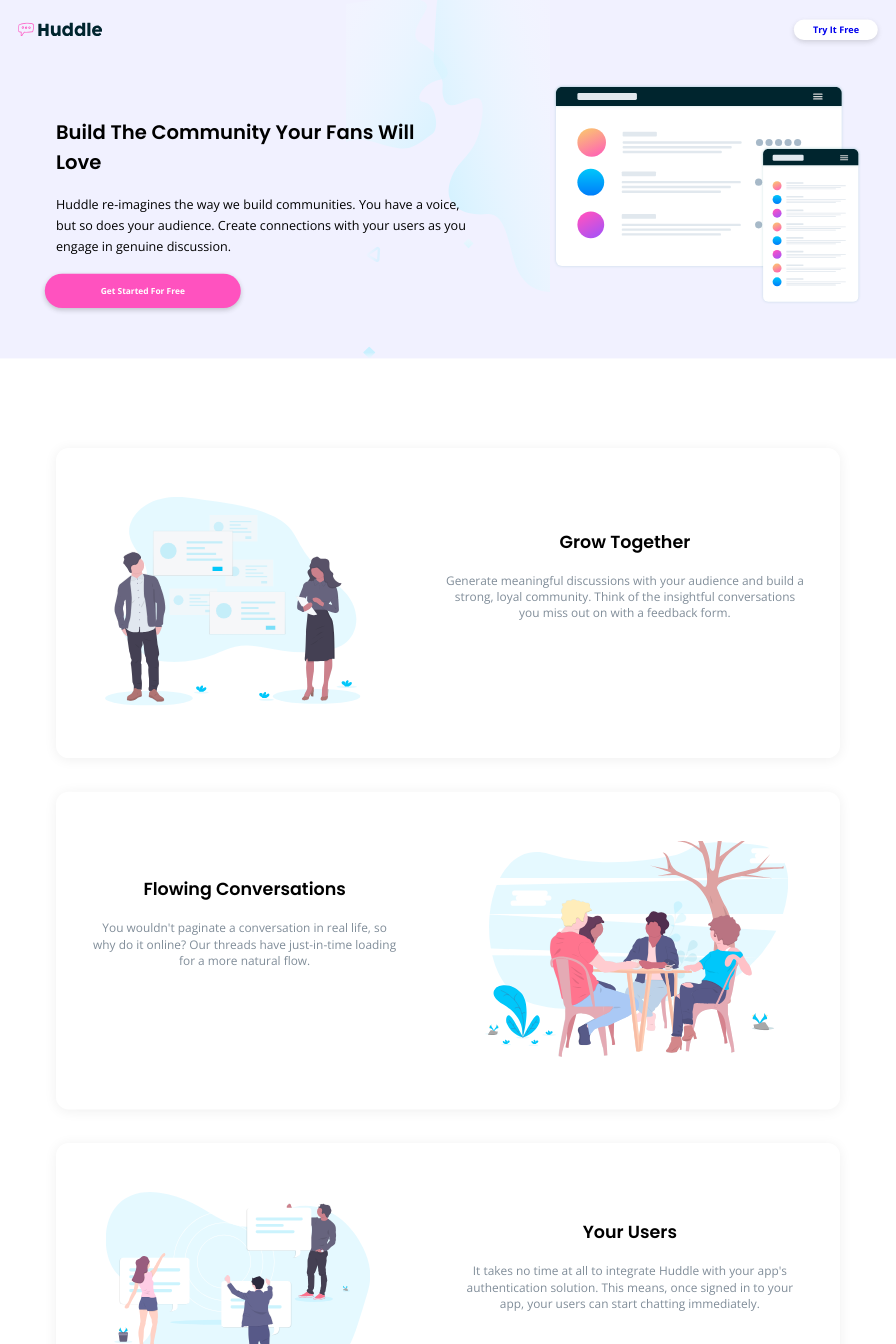
Repository: DejV44/Huddle-landing-page
Page: index.html
An editor plug-in stored every save of this project. The page is shown before and after the next save, followed by the edit.
The browser window is 1280 px wide. The pictures show the part of the page from y = 0 to 1920 px (the page is 3156 px tall before and 3144 px after), at 70% of full size.
The style sheet was rebuilt from its Sass, Less or Tailwind sources for each picture, by a compiler version that may differ from the author's.

Above is the page before, as saved 2021-08-21 23:34:51.

### index.html
<!DOCTYPE html>
<html lang="en">
<head>
  <meta charset="UTF-8">
  <meta name="viewport" content="width=device-width, initial-scale=1.0"> <!-- displays site properly based on user's device -->
  <link rel="stylesheet" href="/css/style.css">
  <link rel="stylesheet" href="/fontawesome-free-5.15.3-web/css/all.css">
  <link rel="icon" type="image/png" sizes="32x32" href="./images/favicon-32x32.png">

  <title>Frontend Mentor | Huddle landing page with alternating feature blocks</title>

</head>
<body>
  <header>
    <div class="nav">
      <div class="logo">
        <img src="/images/logo.svg" alt="logo">
      </div>
      <a href="#">Try It Free</a>
    </div>
    <content class="main">
      <article class="building">
        <h1>Build The Community Your Fans Will Love</h1>
        <h3> Huddle re-imagines the way we build communities. You have a voice, but so does your audience.
        Create connections with your users as you engage in genuine discussion.</h3>
        <a class="main-btn" href="#">Get Started For Free</a>
      </article>
      <div class="img-main">
        <img class="img" src="/images/illustration-mockups.svg" alt="">
      </div>
    </content>

  </header>
  <section class="cards">
    <div class="card-one">
      <div class="img-cards">
        <img src="/images/illustration-grow-together.svg" alt="">
      </div>
      <content class="card">
        <h2>Grow Together</h2>
        <p>Generate meaningful discussions with your audience and build a strong, loyal community.
        Think of the insightful conversations you miss out on with a feedback form.</p>
      </content>
    </div>
    <div class="card-two">
      <div class="img-cards">
        <img src="/images/illustration-flowing-conversation.svg" alt="">
      </div>
      <content class="card">
        <h2>Flowing Conversations</h2>
        <p>You wouldn't paginate a conversation in real life, so why do it online? Our threads
        have just-in-time loading for a more natural flow.</p>
      </content>
    </div>
    <div class="card-three">
      <div class="img-cards">
        <img src="/images/illustration-your-users.svg" alt="">
      </div>
      <content class="card">
        <h2>Your Users</h2>
        <p>It takes no time at all to integrate Huddle with your app's authentication solution.
        This means, once signed in to your app, your users can start chatting immediately.</p>
      </content>
    </div>
    <container class="ready">
      <h2>Ready To Build Your Community?</h2>
      <a href="#">Get Started For Free</a>
    </container>
  </section>
  <footer>
    <container class="footer">
      <div class="section1">
        <img src="/images/logoWhite.svg" alt="logo">
        <div class="info">
          <img src="/images/icon-location.svg" alt="location">
          <p>Lorem ipsum dolor sit amet, consectetur adipiscing elit, sed do eiusmod tempor
          incididunt ut labore et dolore magna aliqua</p>
        </div>
        <div class="phone">
          <img src="/images/icon-phone.svg" alt="phone">
          <a href="tel:+1-543-123-4567">+1-543-123-4567</a>
        </div>
        <div class="mail">
          <img src="/images/icon-email.svg" alt="email">
          <a href="example@huddle.com">example@huddle.com</a>
        </div>
      </div>
      <div class="section2">
        <ul>
          <li><a href="#">About Us</a></li>
          <li><a href="#">What We Do</a></li>
          <li><a href="#">FAQ</a></li>
        </ul>
      </div>
      <div class="section3">
        <ul>
          <li><a href="#">Career</a></li>
          <li><a href="#">Blog</a></li>
          <li><a href="#">Contact Us</a></li>
        </ul>
      </div>
      <div class="copyright">
        <div class="social">
          <span><i class="fab fa-facebook-f"></i></span>
          <span><i class="fab fa-twitter"></i></span>
          <span><i class="fab fa-instagram"></i></span>
        </div>
        <p>&copy; Copyright 2018 Huddle. All rights reserved.</p>
      </div>
    </container>
  </footer>
  <footer>
    <p class="attribution">
      Challenge by <a href="https://www.frontendmentor.io?ref=challenge" target="_blank">Frontend Mentor</a>.
      Coded by <a href="#">davegraphics</a>.
    </p>
  </footer>
</body>
</html>

### css/style.scss
* {
    margin: 0;
    padding: 0;
    //font-family: 'Poppins', sans-serif;
    -webkit-font-smoothing: antialiased;
}

body {
    font-family: 'Open Sans', sans-serif;
}

// ---FONTS---
@import url('https://fonts.googleapis.com/css2?family=Open+Sans:wght@400;700&display=swap');
@import url('https://fonts.googleapis.com/css2?family=Poppins:wght@600&display=swap');

@import "variables";
@import "mixin";

@import "cards";
@import "header";
@import "footer";

### css/_variables.scss
$Pink: hsl(322, 100%, 66%);
$PinkHover: hsl(322, 97%, 72%);
$VeryPaleCyan: hsl(193, 100%, 96%);
$VeryDarkCyan: hsl(192, 100%, 9%);
$GrayishBlue: hsl(208, 11%, 55%);

### css/_mixin.scss
@mixin cards {
    display: flex;
    flex-direction: column;
    margin: 3rem auto 1rem auto;
    text-align: center;
    box-shadow: rgba(0, 0, 0, 0.068) 0px 2px 18px;
    border-radius: 18px;
    align-items: center;
    @media (min-width: 768px) {
        flex-direction: row;

    }


    .card {

        display: block;
        margin: auto 3rem;
        h2 {
            padding-bottom: 1.5rem;
            font-size: 25px;
            font-family: 'Poppins', sans-serif
        }
        p {
            display: block;
            font-size: 17px;
            color: $GrayishBlue;
            padding-bottom: 3rem;
            margin-bottom: 2rem;

        }
    }
    .img-cards {
        display: block;
        padding: 30px 50px;
        margin: auto;

            img {
                width: 90%;
                margin: 40px auto;
            }
    }
}

@media (min-width: 768px) {

}

### css/_cards.scss
.cards {
    padding: 1rem;
    margin: 0 auto;
    box-sizing: border-box;


    .card-one, .card-two, .card-three {
        @include cards;
    }

    .ready {
        display: block;
        box-sizing: border-box;
        text-align: center;
        transform: translateY(50%);
        background-color: white;
        margin: 0 auto;
        padding: 1rem 1rem;
        box-shadow: rgba(39, 39, 39, 0.24) 0px 3px 8px;
        max-width: 600px;
        text-align: center;
        align-items: center;
        border-radius: 18px;
        h2 {
            font-size: 21px;
            font-family: 'Poppins', sans-serif;
            margin: 1.5rem auto;
        }

        a {
            display: block;
            text-decoration: none;
            font-weight: 600;
            font-size: 12px;
            margin: 1.5rem auto;
            padding: 1rem 0;
            max-width: 250px;
            border-radius: 30px;
            background: $Pink;
            color: white;
            box-shadow: rgba(39, 39, 39, 0.24) 0px 3px 8px;

            &:hover {
                background: $PinkHover;
            }
        }
    }

}

@media (min-width: 768px) {
    .cards {
       padding: 5rem;

       .card-two {
        flex-direction: row-reverse;
    }
    }




}

### css/_header.scss
header {
    background: url(/images/bg-hero-mobile.svg);
    background-color: rgb(241, 241, 255);
    background-size: contain;
    background-position: center;
    background-repeat: no-repeat;
    text-align: center;

    .nav {
        display: flex;
        justify-content: space-between;
        padding: 2rem 1.6rem;


        img {
            width: 120px;
        }

        a {
            text-decoration: none;
            font-size: 13px;
            font-weight: 600;
            margin-top: -4px;
            padding: 0.3rem 1.7rem;
            background-color: white;
            border-radius: 25px;
            box-shadow: rgba(99, 99, 99, 0.24) 0px 3px 8px;

            &:hover {
                color: $GrayishBlue;
            }


        }

    }
    .main {

        margin: 0 auto;

        .building {
            margin: 4rem 3rem 2rem 3rem;



            h1 {
                margin: 0 1rem;
                font-size: 28px;
                font-family: 'Poppins', sans-serif
            }

            h3 {
                font-weight: 400;
                font-size: 18px;
                margin: 1.5rem 0;
                line-height: 30px;
            }

            .main-btn {

                display: block;
                text-decoration: none;
                font-weight: 600;
                font-size: 12px;
                margin: 1.5rem auto;
                padding: 1rem 0;
                max-width: 280px;
                border-radius: 30px;
                background: $Pink;
                color: white;
                box-shadow: rgba(39, 39, 39, 0.24) 0px 3px 8px;
                @media (min-width: 768px) {
                    margin: 1.5rem 0;

                }

                &:hover {
                background: $PinkHover;
                }
            }

        }
        .img-main {
            padding: 15px 50px;

            .img {
                width: 100%;
                margin-bottom: 40px;
            }
        }
    }


}

@media (min-width: 768px) {
    .main {
        display: flex;
        align-items: center;

        .building {
            padding: 1rem;

            h1 {
                text-align: left;
                padding-left: 0;
            }

            h3 {
                text-align: left;
                padding-left: 1rem;
            }


        }

    }
}

### css/_footer.scss
footer {
    background-color: $VeryDarkCyan;
     .section1 {
         padding: 150px 1rem 2rem 1rem;
         color: white;

         img {
             width: 180px;
             padding-bottom: 1.5rem;
         }

         .info, .phone, .mail {
             display: flex;
              img {
                  width: 20px;
                  height: 18px;
                  margin-right: 30px;
                  margin-top: 10px;
              }
              p {
                  cursor: pointer;
                  padding-bottom: 30px;
              }
              a {

                  text-decoration: none;
                  margin-top: 8px;
                  color: white;
              }
         }



    }

    .section2, .section3 {
        box-sizing: border-box;

        ul {
            color: white;
            margin-left: 1rem;
            li {
                list-style: none;
                padding: 10px 0;
                a {
                    text-decoration: none;
                    color: white;
                    &:hover {
                    border-bottom: 1px solid white;
                    }
                }

            }
        }

    }
    .copyright {
        text-align: center;
        .social {
            text-align: center;
            display: block;
            margin: 1rem auto;
            color: white;


            span {
                border: 1px solid white;
                border-radius: 50%;
                width: 40px;
                height: 40px;
                display: inline-flex;
                align-items: center;
                justify-content: center;
                cursor: pointer;
                margin: 5px;
                &:hover {
                    color: $Pink;
                    border: 1px solid $Pink;
                }


            }

            i {
                font-family: 'Font Awesome 5 Brands';
                display: inline-block;
                font-style: normal;
                font-variant: normal;
                text-rendering: auto;
                line-height: 1;
                padding: 12px;
                border-radius: 50%;
            }

        }
        p {
            font-size: 13px;
            color: white;
            padding-bottom: 1rem;
        }
    }
}





.attribution {
    font-size: 11px;
    text-align: center;
    padding: 1rem;
    a {
    color: hsl(228, 45%, 44%);
    }
}

Loaded but not shown: fontawesome-free-5.15.3-web/css/all.css (library)

After the next save:
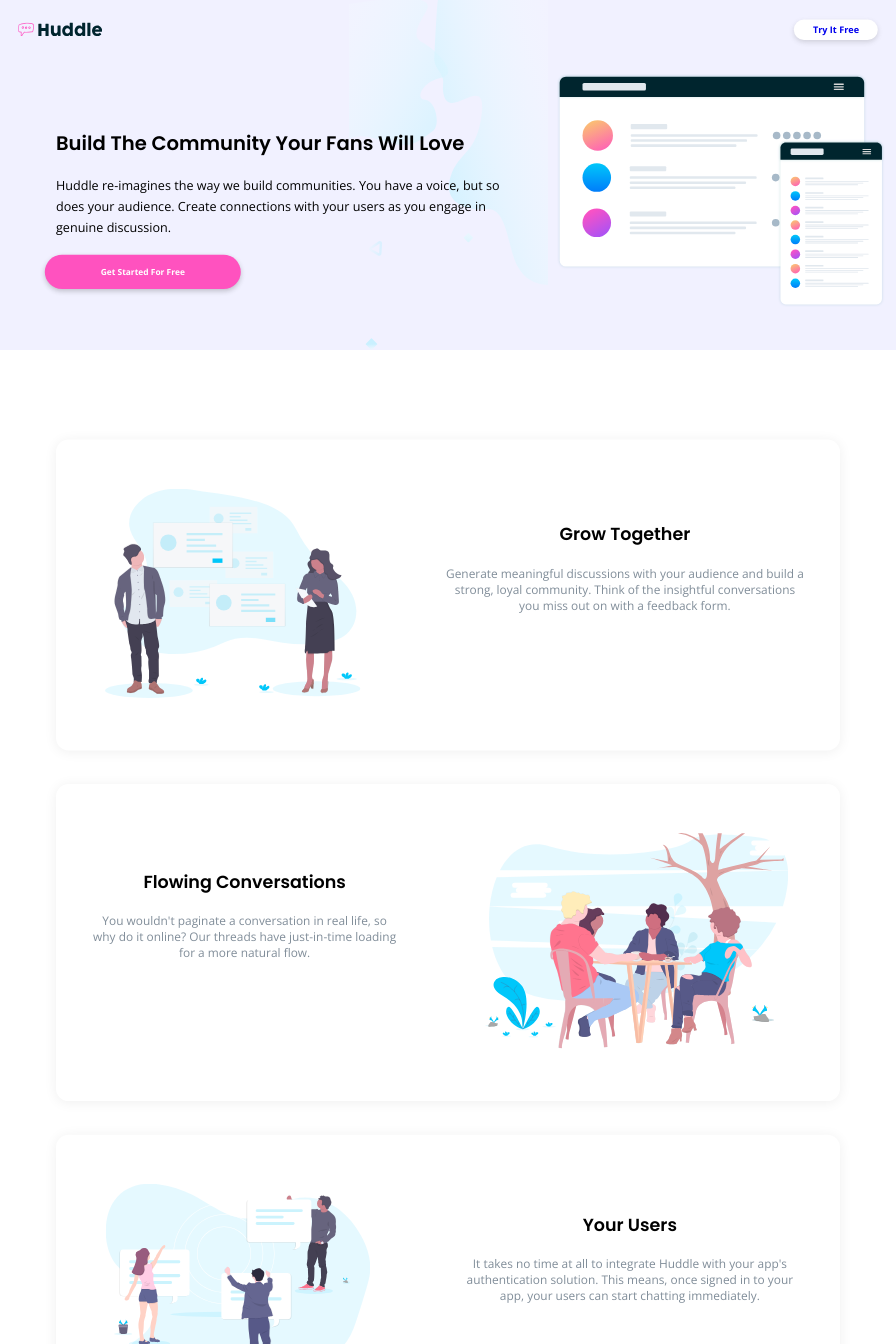
Saved 78 s later.
--- a/css/_header.scss
+++ b/css/_header.scss
@@ -83,6 +83,11 @@
         .img-main {
             padding: 15px 50px;
 
+            @media (min-width: 768px) {
+                padding: 1rem 1rem;
+
+            }
+
             .img {
                 width: 100%;
                 margin-bottom: 40px;

After the save that followed:
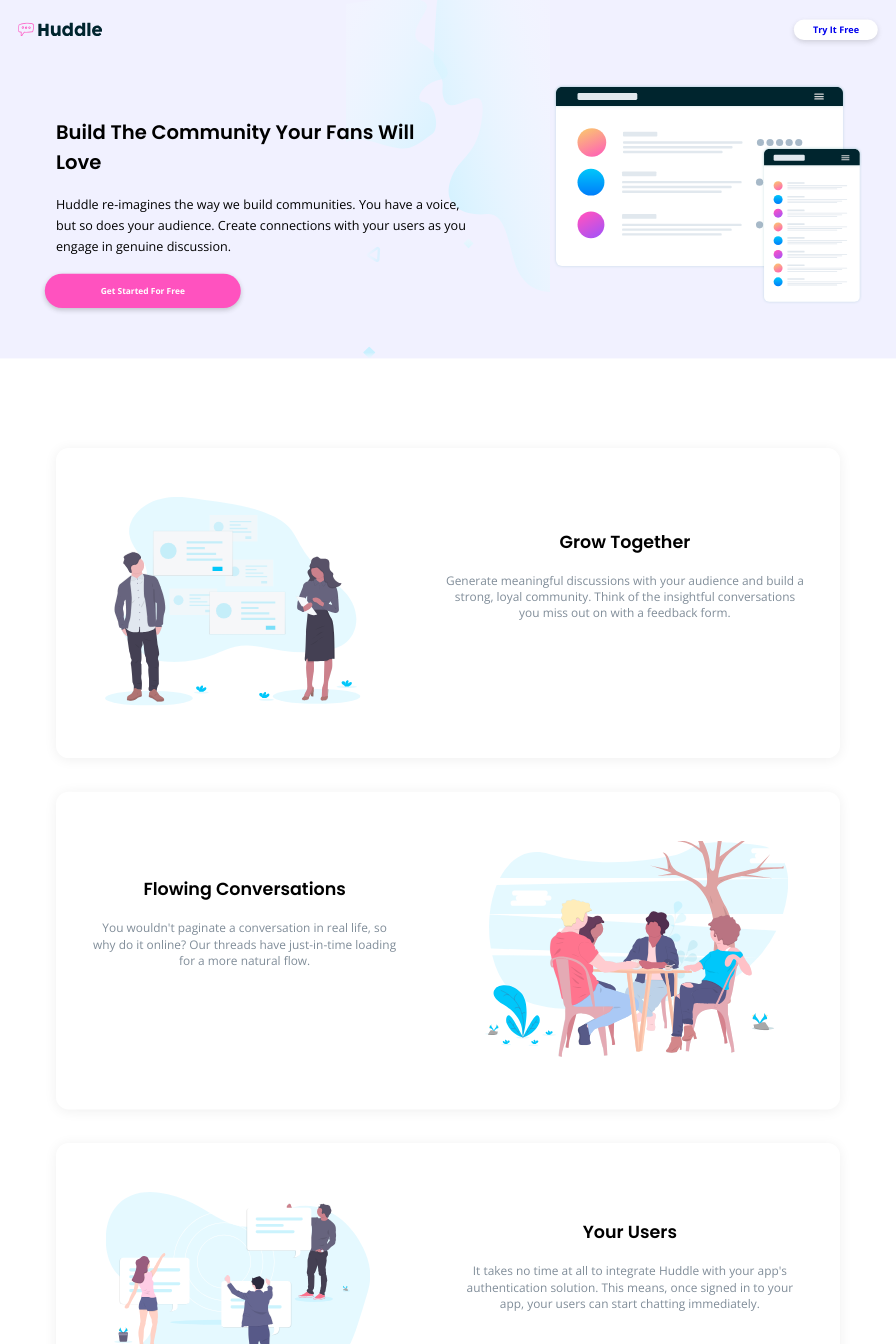
Saved 8 s later.
--- a/css/_header.scss
+++ b/css/_header.scss
@@ -84,7 +84,7 @@
             padding: 15px 50px;
 
             @media (min-width: 768px) {
-                padding: 1rem 1rem;
+                padding: 1rem 3rem;
 
             }
 
